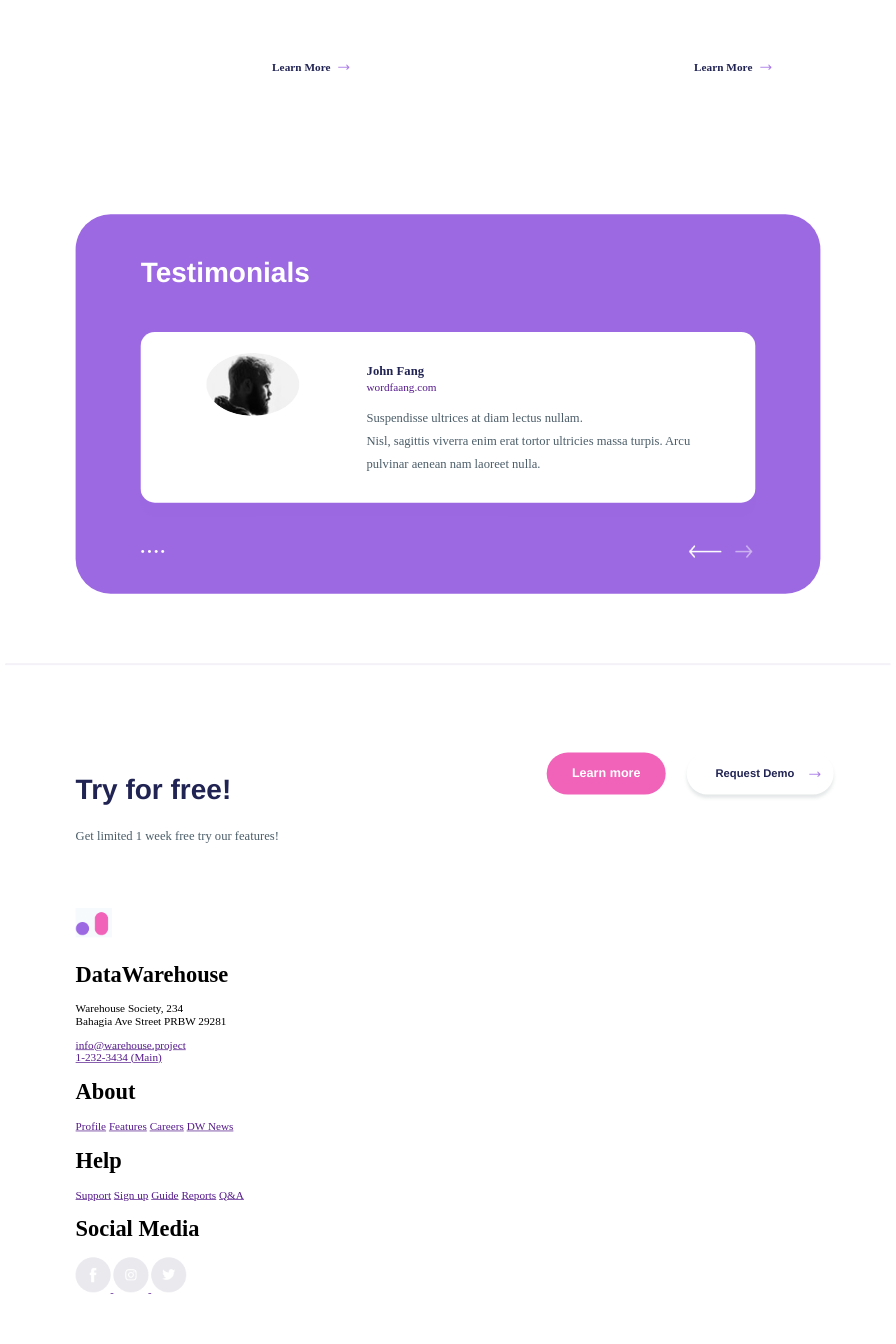
Repository: batonAnton/HW6_flexbox
Page: index.html
The author's editor kept a copy of each file at every save. The page is drawn from the files as they stood at one save, then again after the next save.
The browser window is 1280 px wide. The pictures show the part of the page from y = 2193 to 4113 px (the page is 4113 px tall before and 3810 px after), at 70% of full size.
Some web fonts or font styles are not loaded; a fallback is used.

Above is the page before, as saved 2022-06-19 16:02:45.

After the next save:
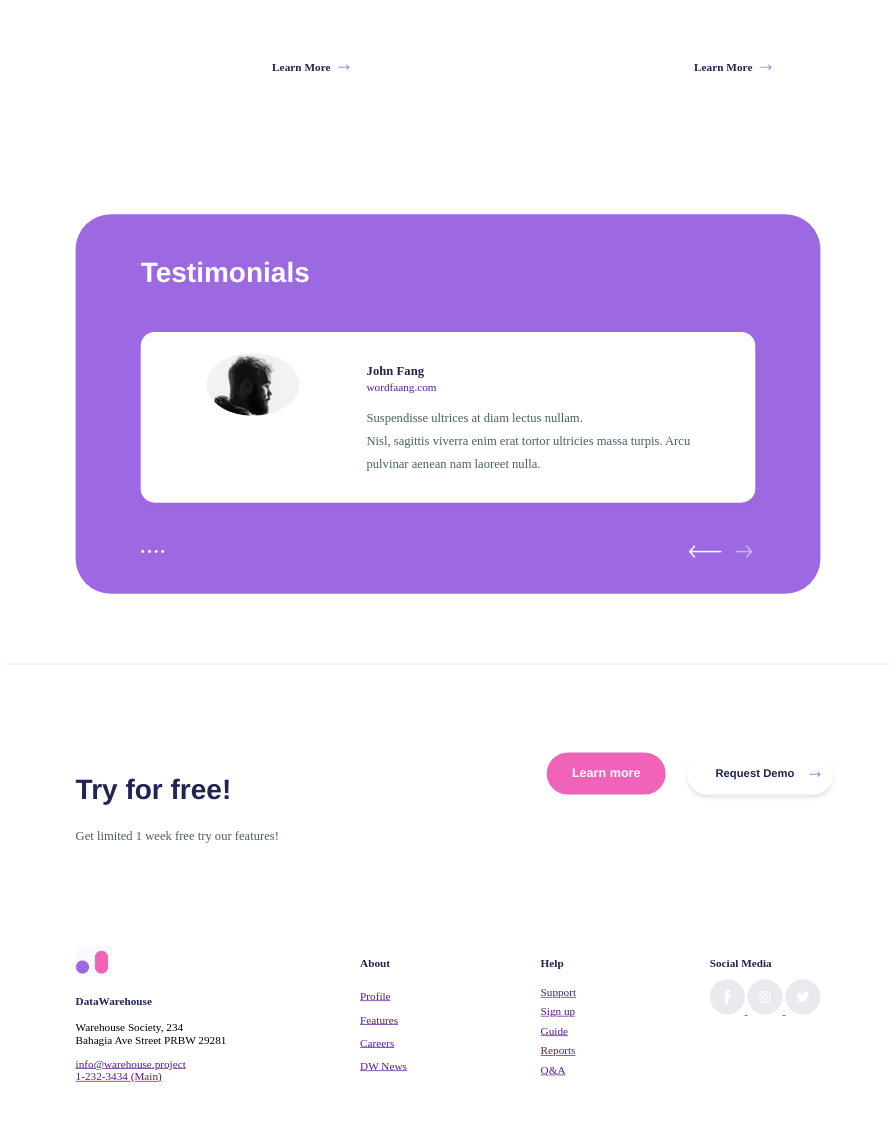
Saved 3 min 7 s later.
--- a/css/style.css
+++ b/css/style.css
@@ -304,6 +304,7 @@ hr{
 
 .forfree{
   margin-top: 125px;
+  margin-bottom: 125px;
   display: flex;
   justify-content: space-between;
 }
@@ -366,3 +367,23 @@ color: #4B5D68;
 .btn-block{
   display: flex;
 }
+
+/* footer */
+
+.allblock{
+  display: flex;
+  justify-content: space-between;
+}
+
+.about, .help{
+  display: inline-grid;
+}
+
+footer h1{
+  font-family: 'Avenir';
+font-style: normal;
+font-weight: 900;
+font-size: 16px;
+line-height: 160%;
+color: #212353;
+}
